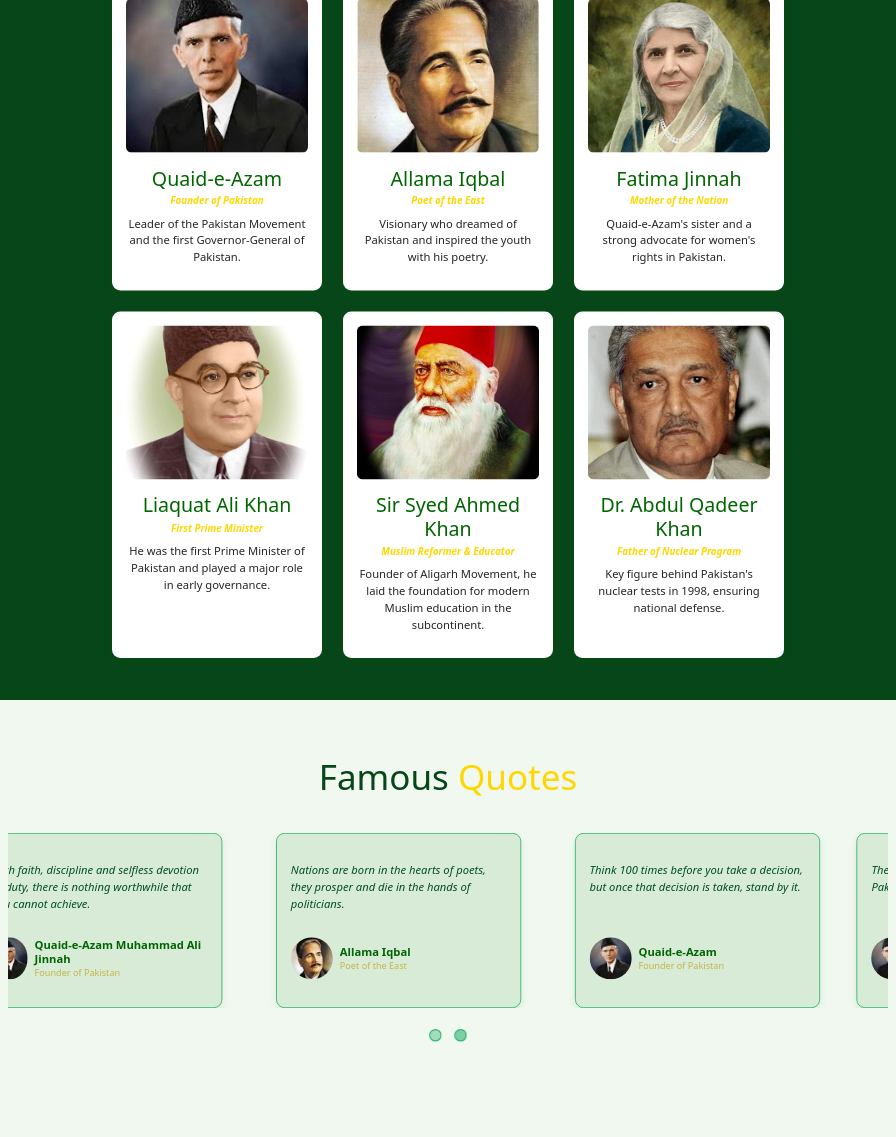
Repository: memonmuhammadali98/Pakistan-Independence-Day
Page: index.html
An editor plug-in stored every save of this project. The page is shown before and after the next save, followed by the edit.
The browser window is 1280 px wide. The pictures show the part of the page from y = 3230 to 5150 px (the page is 4854 px tall before and 5150 px after), at 70% of full size.

Above is the page before, as saved 2025-08-09 16:20:26.
Console error: TypeError: Cannot set properties of null (setting 'innerHTML')

After the next save:
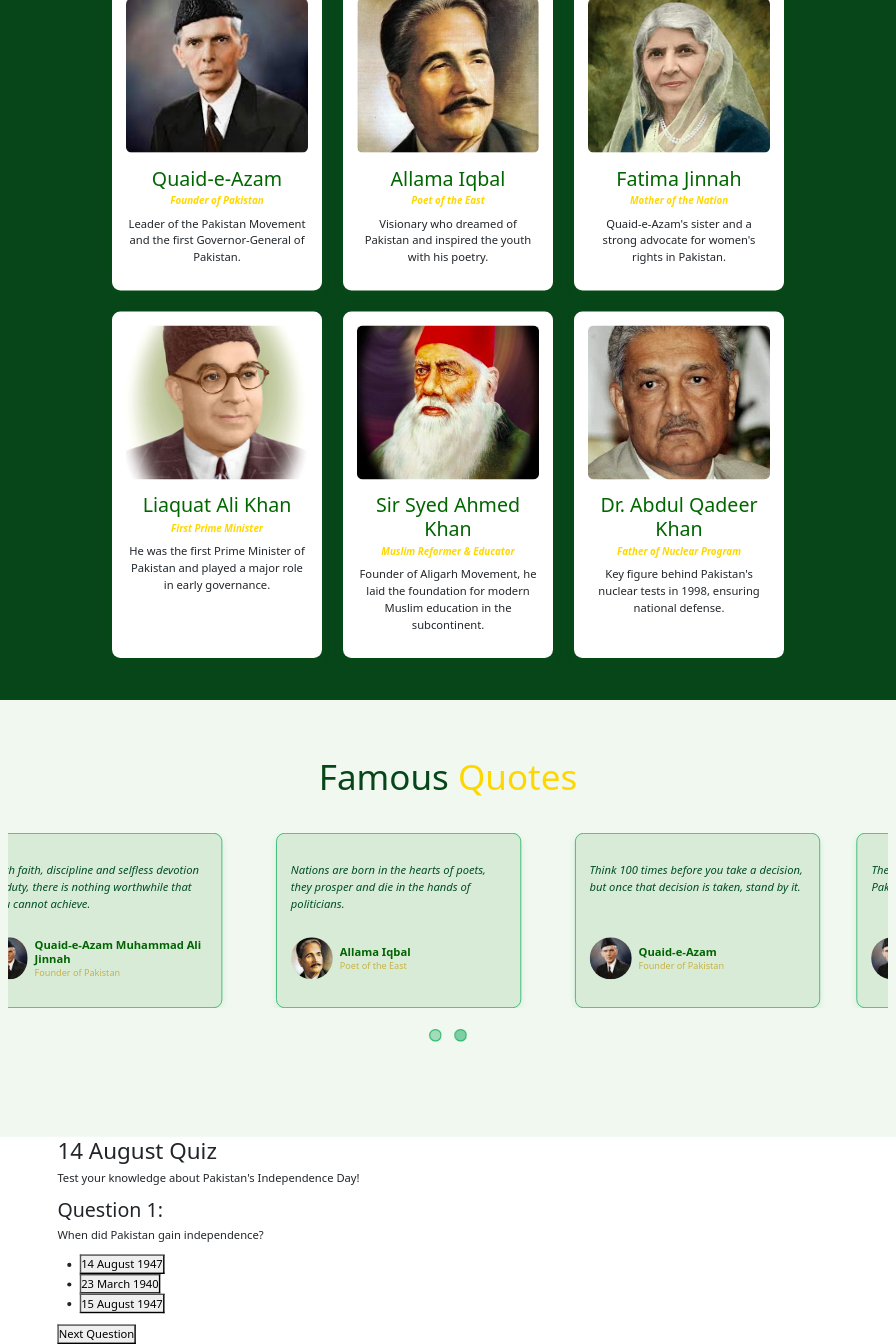
Saved 7 min 1 s later.
--- a/index.html
+++ b/index.html
@@ -319,9 +319,28 @@
 </div>
  <!-- Quote Section Ends -->
 
- <section>
-
- </section>
+ <section class="quiz-section">
+  <div class="container">
+    <h2>14 August Quiz</h2>
+    <p>Test your knowledge about Pakistan's Independence Day!</p>
+
+    <div class="quiz-box">
+      <div class="question">
+        <h3>Question 1:</h3>
+        <p>When did Pakistan gain independence?</p>
+        <ul>
+          <li><button>14 August 1947</button></li>
+          <li><button>23 March 1940</button></li>
+          <li><button>15 August 1947</button></li>
+        </ul>
+      </div>
+
+      <div class="quiz-footer">
+        <button class="next-btn">Next Question</button>
+      </div>
+    </div>
+  </div>
+</section>
 
 
 
